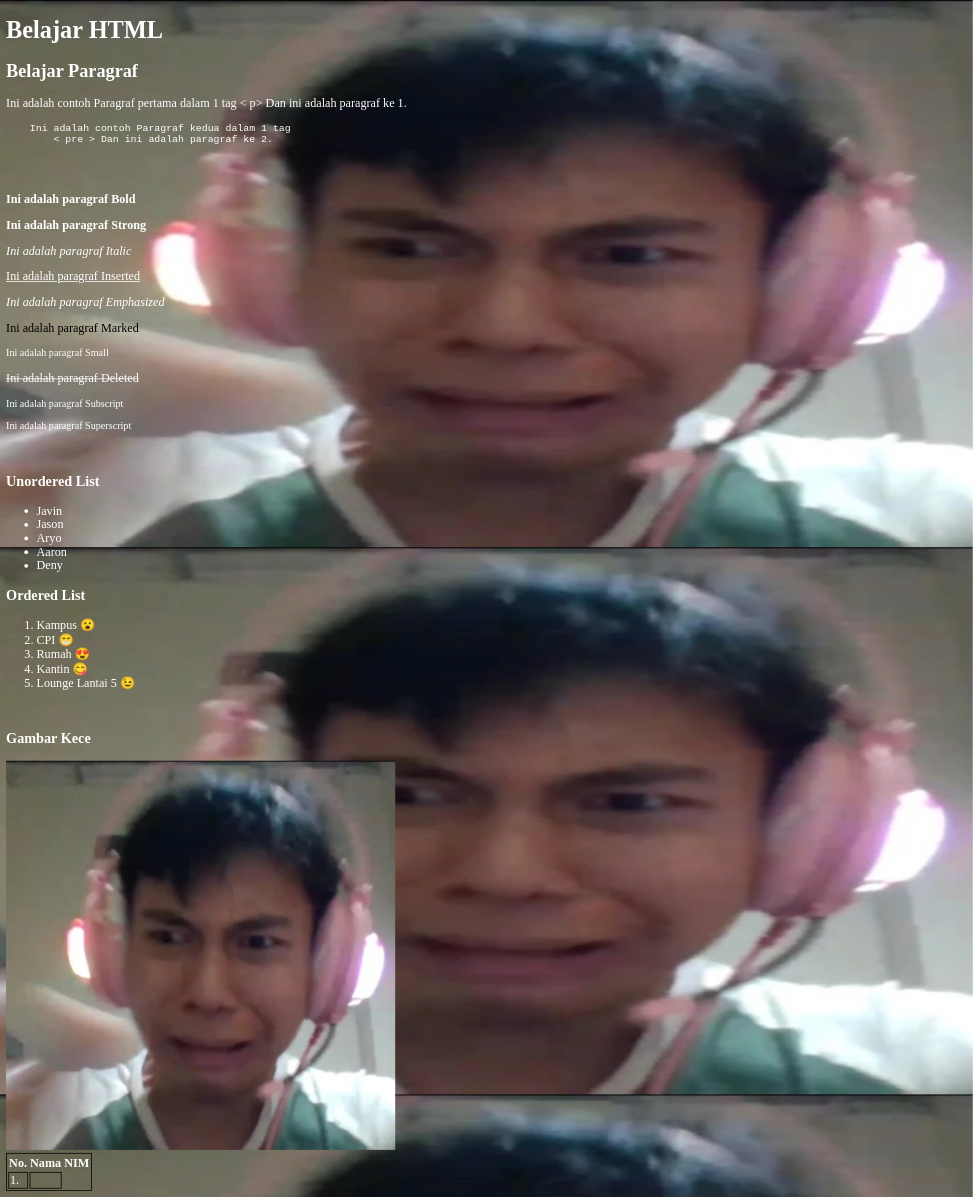
Repository: Gibekkk/WebPro
Page: Tugas HTML 1/index.html
An editor plug-in stored every save of this project. The page is shown before and after the next save, followed by the edit.
The browser window is 1280 px wide. The pictures show the whole page, at 76% of full size.
Backgrounds fixed to the window are drawn as part of the page.

Above is the page before, as saved 2024-03-25 10:31:05.

### Tugas HTML 1/index.html
<!DOCTYPE html>
<html lang="en">

<head>
    <meta charset="UTF-8">
    <meta name="viewport" content="width=device-width, initial-scale=1.0">
    <title>Document</title>
    <style>
        table,
        td {
            border: 1px solid black;
        }
    </style>
</head>

<body style="background-image: url(javin.jpg); background-repeat: no-repeat; background-size: 100%; background-attachment: fixed; color: white">
    <h1>Belajar HTML</h1>
    <h2>Belajar Paragraf</h2>
    <p>Ini adalah contoh Paragraf pertama dalam 1 tag
        < p> Dan ini adalah paragraf ke 1.</p>
    <pre>
    Ini adalah contoh Paragraf kedua dalam 1 tag
        < pre > Dan ini adalah paragraf ke 2.
    </pre>
    <br>

    <b>
        <p>Ini adalah paragraf Bold</p>
    </b>
    <strong>
    <p>Ini adalah paragraf Strong</p>
    </strong>
    <i>
    <p>Ini adalah paragraf Italic</p>
    </i>
    <ins>
    <p>Ini adalah paragraf Inserted</p>
    </ins>
    <em>
    <p>Ini adalah paragraf Emphasized</p>
    </em>
    <mark>
        <p>Ini adalah paragraf Marked</p>
    </mark>
    <small>
        <p>Ini adalah paragraf Small</p>
    </small>
    <del>
        <p>Ini adalah paragraf Deleted</p>
    </del>
    <sub>
        <p>Ini adalah paragraf Subscript</p>
    </sub>
    <sup>
        <p>Ini adalah paragraf Superscript</p>
    </sup>
    <br>

    <h3>Unordered List</h3>
    <ul>
        <li>Javin</li>
        <li>Jason</li>
        <li>Aryo</li>
        <li>Aaron</li>
        <li>Deny</li>
    </ul>

    <h3>Ordered List</h3>
    <ol>
        <li>Kampus 😮</li>
        <li>CPI 😁</li>
        <li>Rumah 😍</li>
        <li>Kantin 😋</li>
        <li>Lounge Lantai 5 😉</li>
    </ol>
    <br>
    <h3>Gambar Kece</h3>
    <img src="javin.jpg" alt="Javin" title="Javin">
    <br>
    <table>
        <tr>
            <th>No.</th>
            <th>Nama</th>
            <th>NIM</th>
        </tr>
        <tr>
            <td>1.</td>
            <td></td>
        </tr>
    </table>
</body>

</html>

After the next save:
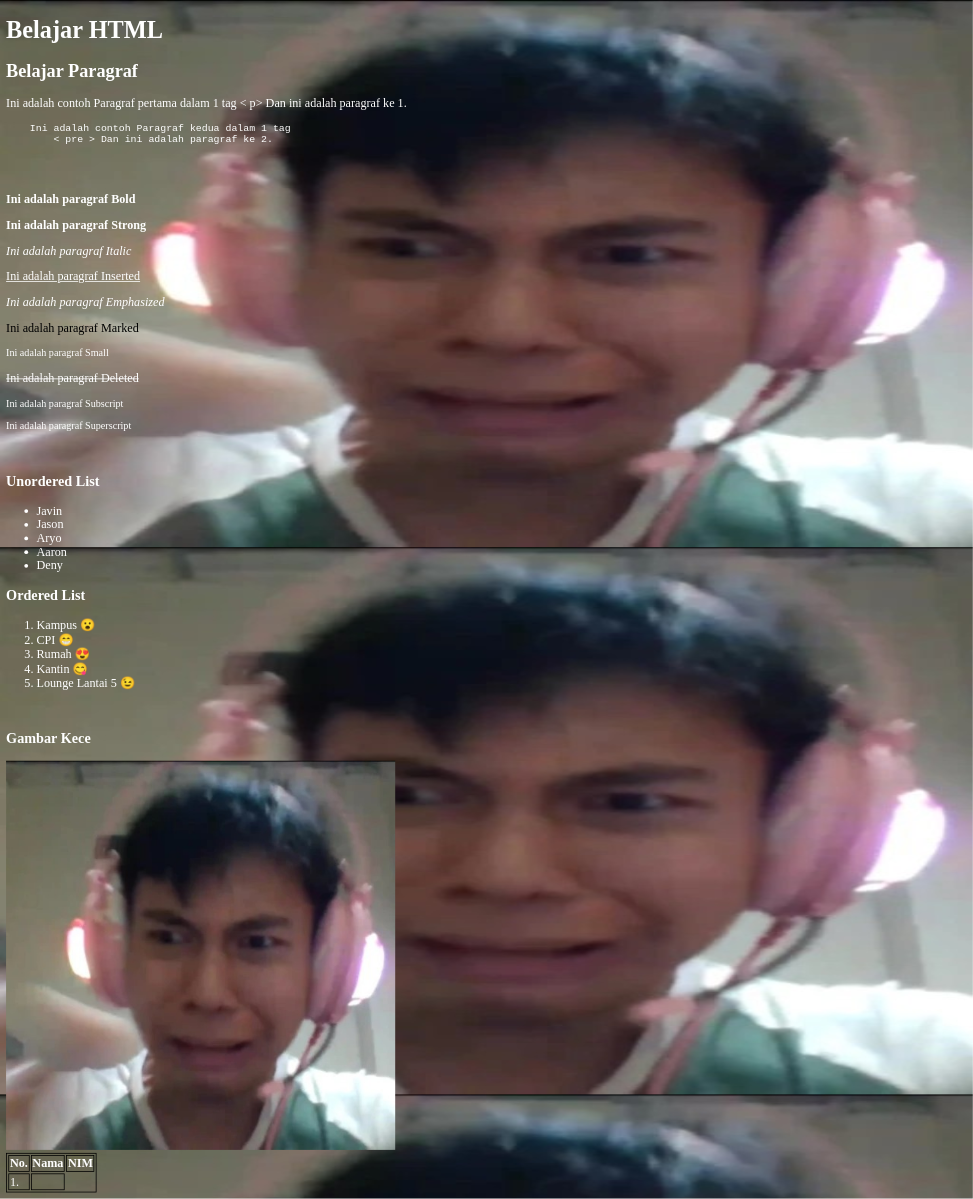
Saved 6 s later.
--- a/Tugas HTML 1/index.html
+++ b/Tugas HTML 1/index.html
@@ -7,7 +7,9 @@
     <title>Document</title>
     <style>
         table,
-        td {
+        td,
+        tr,
+        th {
             border: 1px solid black;
         }
     </style>
